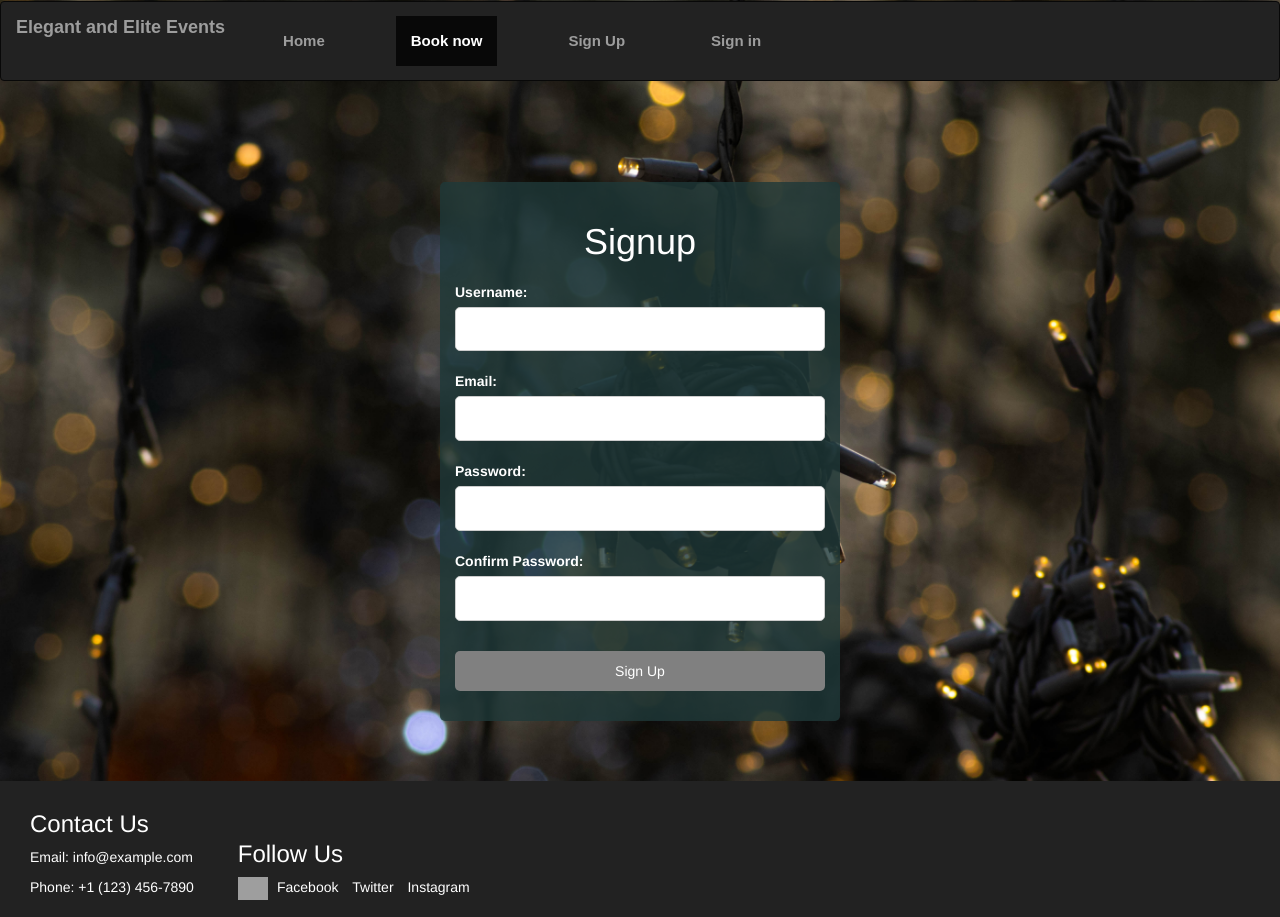
Repository: it22272690/Event-Planning-System
Page: http://localhost/PaymentDemo/Signup.jsp
An editor plug-in stored every save of this project. The page is shown before and after the next save, followed by the edit.
The browser window is 1280 px wide. The pictures show the whole page.
Pictures or frames that could not be fetched are drawn as grey boxes. The page is served by Tomcat 10. Other server files are loaded and not shown.

Above is the page before, as saved 2023-10-23 16:00:31.

### PaymentDemo/src/main/webapp/Signup.jsp
<%@ page language="java" contentType="text/html; charset=ISO-8859-1"
    pageEncoding="ISO-8859-1"%>


<!DOCTYPE html>
<html lang="en">
<head>

    <meta charset="UTF-8">
    <meta name="viewport" content="width=device-width, initial-scale=1.0">
    <title>Event Planning System Signup</title>
    <link rel="stylesheet" href="css\signup.css">
    <link rel="stylesheet" href="css\home.css">
     <title>Bootstrap Example</title>
    <meta charset="utf-8">
    <meta name="viewport" content="width=device-width, initial-scale=1">
    <link rel="stylesheet" href="https://maxcdn.bootstrapcdn.com/bootstrap/3.4.1/css/bootstrap.min.css">
    <script src="https://ajax.googleapis.com/ajax/libs/jquery/3.6.4/jquery.min.js"></script>
    <script src="https://maxcdn.bootstrapcdn.com/bootstrap/3.4.1/js/bootstrap.min.js"></script>
</head>
<body>
    <header>

        <nav class="navbar navbar-inverse">

            <div class="container-fluid">
                <div class="navbar-header">

                    <a class="navbar-brand" href="#"><b>Elegant and Elite Events</b></a>

                </div>
                <ul class="nav navbar-nav">

                    <li ><a href="Home.jsp">Home</a></li>
                    <li class="active"><a href="Navigate.jsp">Book now</a></li>
                    <li><a href="Signup.jsp">Sign Up</a></li>
                    <li><a href="Signin.jsp">Sign in</a></li>


                </ul>
            </div>
        </nav>

    </header>
</head>
<body>
<style>
   body {

            background-image: url("images/signup.jpg");

        }
        footer {
    background-color: #222; /* Dark background for footer */
    padding: 10px;
    text-align: left;
}
h1 {
    text-align: center;
    color:#fff;
}
</style>
    <br><br><br><br>
    <div class="container">
        <h1>Signup </h1>
        <form id="signupForm" action="Signin.jsp" method="post">
            <label for="username">Username:</label>
            <input type="text" id="username" name="username" required>

            <label for="email">Email:</label>
            <input type="email" id="email" name="email" required>

            <label for="password">Password:</label>
            <input type="password" id="password" name="password" required>

            <label for="confirmPassword">Confirm Password:</label>
            <input type="password" id="confirmPassword" name="confirmPassword" required><br>

            <button type="submit">Sign Up</button>
        </form>
        <p id="errorText"></p>
    </div>
    <script src="js\signup.js"></script><br><br><br>
    <footer>
            <div class="contact">
                <h3>Contact Us</h3>
                <p>Email: info@example.com</p>
                <p>Phone: +1 (123) 456-7890</p>
            </div>
            <div class="social-media">

                <h3>Follow Us</h3>
                <img src="images\foot.jpg" alt="Chicago" style="width:5%;" style="height:5%;">
                <a href="#">Facebook</a>
                <a href="#">Twitter</a>
                <a href="#">Instagram</a>

            </div>
        </footer>
</body>
</html>

### PaymentDemo/src/main/webapp/css/signup.css
* {
    margin: 0;
    padding: 0;
    box-sizing: border-box;
}

body {
    font-family: 'Times New Roman';
    background-image: url("images\signup.jpg");
    background-repeat: no-repeat;
    background-size: cover;
}

.container {
    max-width: 400px;
    margin: 0 auto;
    padding: 20px;
    background-color: rgba(31, 57, 57, 0.8); /* Semi-transparent background color */
    border-radius: 5px;
}

h1 {
    text-align: center;
    color:#fff;
}

form {
    display: flex;
    flex-direction: column;
    color:#fff;
}

label {
    margin-top: 10px;
    font-weight: bold;
}

input[type="text"],
input[type="email"],
input[type="password"] {
    padding: 10px;
    margin-bottom: 10px;
    border: 1px solid #ccc;
    border-radius: 5px;
    font-size: 16px;
}

button {
    background-color:#808080;
    color:#fff;
    padding: 10px;
    border: none;
    border-radius: 5px;
    font-size: 20px;
    cursor: pointer;
}

    button:hover {
        background-color: rgba(31, 57, 57, 0.8);
    }

#errorText {
    color: red;
    text-align: center;
    margin-top: 10px;
}

### PaymentDemo/src/main/webapp/css/home.css

.button {
    display: inline-block;
    padding: 10px 20px;
    background-color: #D2691E;
    color: #fff;
    text-decoration: none;
    border-radius: 10px;
    margin-right: 10px;
}

body {
    font-family: 'Courier New';
    margin: 0;
    padding: 0;
    background-color: #FFE4B5;
    color: #fff;
}

header {
    display: flex;
    font-family: Arial;
    font-size: 15px;
    align-items: center;

    padding: 1px 0;
    justify-content: space-between; /* Center buttons horizontally */
}

    header img {
        width: 100px; /* Adjust the width as needed */
        height: auto; /* Preserve the aspect ratio */
        margin-left: 20px; /* Add some left margin to the logo */
    }

nav ul {
    list-style-type: none;
    padding: 0;
    text-align: center; /* Center buttons vertically */
}

    nav ul li {
        display: inline;
        float: right;
        display: block;
        color: white;
        padding: 14px 18px;
        text-decoration: none;
    }

        nav ul li a {
            color: #fff;
            text-decoration: none;
            font-weight: bold;
            margin: 0 10px; /* Add some horizontal spacing between the buttons */
        }

.services {
    display: flex;
    flex-wrap: wrap;
    justify-content: center;
    margin: 20px auto;
    max-width: 1200px;
    color: #8B4513; /* Set the text color to white for visibility */
}

.service {
    background-color: #fff;
    border: 1px solid #FF4500; /* Slightly darker border */
    border-radius: 5px;
    padding: 20px;
    margin: 10px;
    text-align: center;
    width: calc(33.33% - 20px);
}

footer {
    background-color: #222; /* Dark background for footer */
    padding: 20px;
    text-align: left;
}

.contact, .social-media {
    display: inline-block;
    margin: 0 20px;
    text-align: left;
    color: #fff;
}

    .social-media a {
        color: #fff;
        text-decoration: none;
        margin: 5px;
        text-align: left;
    }

/* Add this CSS to style the search bar */
.search-section {
    display: flex;
    align-items: center;
}

.search-bar {
    padding: 10px;
    border: 1px solid #ccc;
    border-radius: 5px;
    margin-right: 10px;
    width: 200px; /* Adjust the width as needed */
    outline: none; /* Remove the outline on focus */
}

    .search-bar::placeholder {
        color: #999; /* Placeholder text color */
    }

.search-button {
    background-color: #D2691E;
    color: #fff;
    padding: 10px 20px;
    border: none;
    border-radius: 5px;
    cursor: pointer;
    font-weight: bold;
}

### PaymentDemo/src/main/webapp/js/signup.js
document.addEventListener('DOMContentLoaded', function () {
    const signupForm = document.getElementById('signupForm');
    const errorText = document.getElementById('errorText');

    signupForm.addEventListener('submit', function (e) {
        e.preventDefault();

        // Get form values
        const username = document.getElementById('username').value;
        const email = document.getElementById('email').value;
        const password = document.getElementById('password').value;
        const confirmPassword = document.getElementById('confirmPassword').value;

        // Check if passwords match
        if (password !== confirmPassword) {
            errorText.textContent = 'Passwords do not match.';
            return;
        }

        // Perform further validation if needed

        // Submit the form data to the server or perform other actions
        // For demonstration purposes, just display a success message
        errorText.textContent = 'Signup successful!';

        // You would typically send the form data to the server for processing here
    });
});

After the next save:
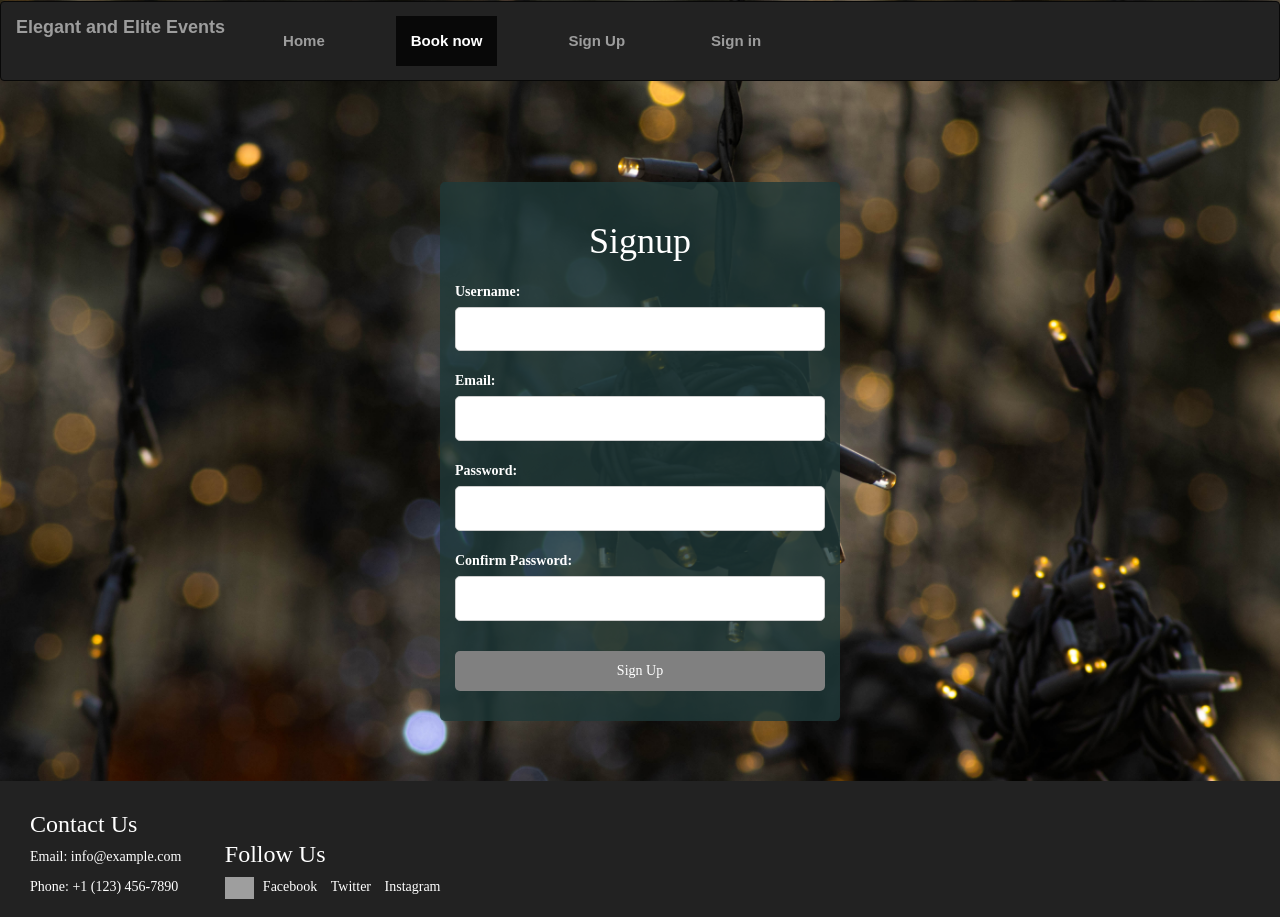
Saved 50 s later.
--- a/PaymentDemo/src/main/webapp/Signup.jsp
+++ b/PaymentDemo/src/main/webapp/Signup.jsp
@@ -47,8 +47,8 @@
 <style>
    body {
 
-            background-image: url("images/signup.jpg");
-
+         background-image: url("images/signup.jpg");
+         font-family: 'Times New Roman';
         }
         footer {
     background-color: #222; /* Dark background for footer */
